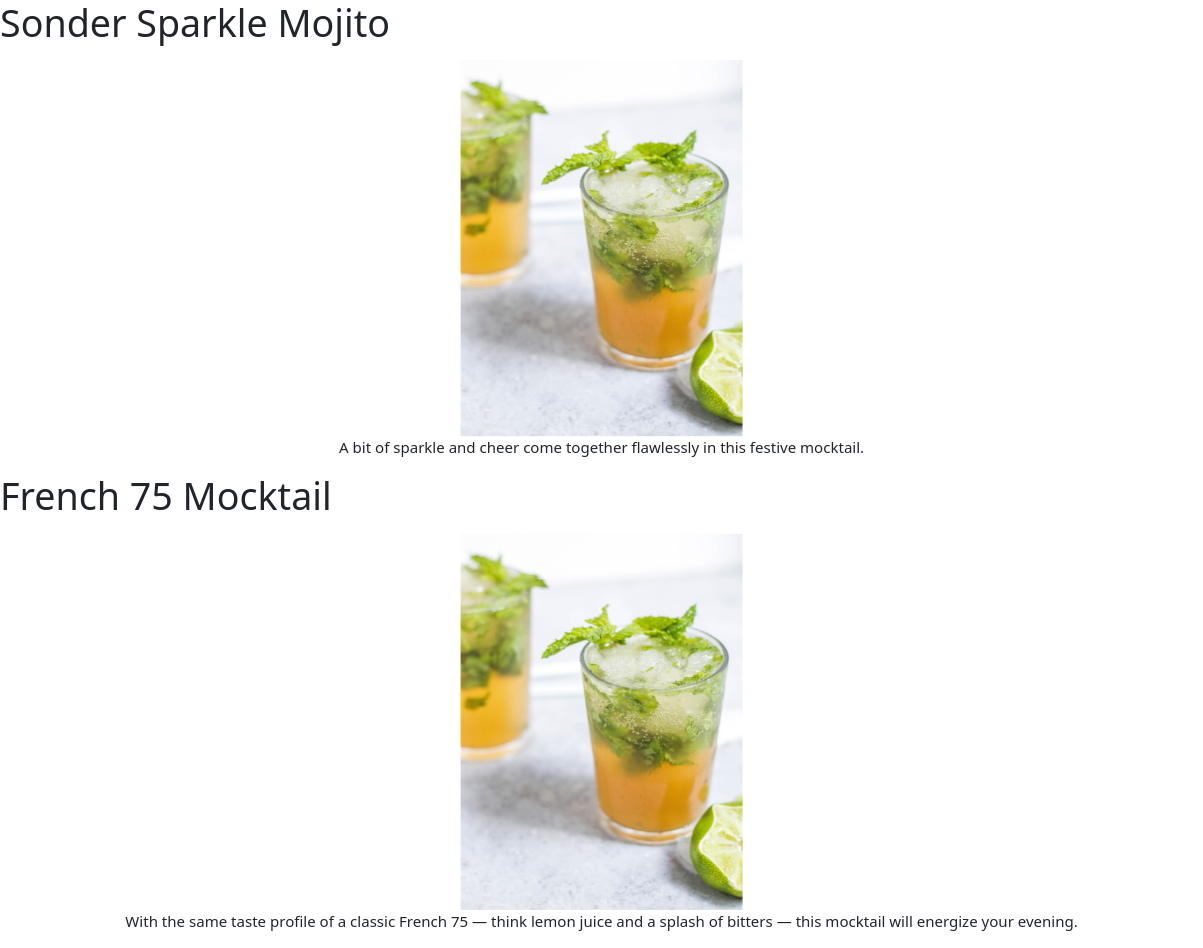
Repository: Flatbook/sliced_bread
Page: http://localhost/
The author's editor kept a copy of each file at every save. The page is drawn from the files as they stood at one save, then again after the next save.
The browser window is 1280 px wide. The pictures show the whole page, at 94% of full size.
Some web libraries are served in a nearby version. The page is served by the project's application, run on Flask 3 (app.py).

Above is the page before, as saved 2021-05-15 23:23:12.

After the next save:
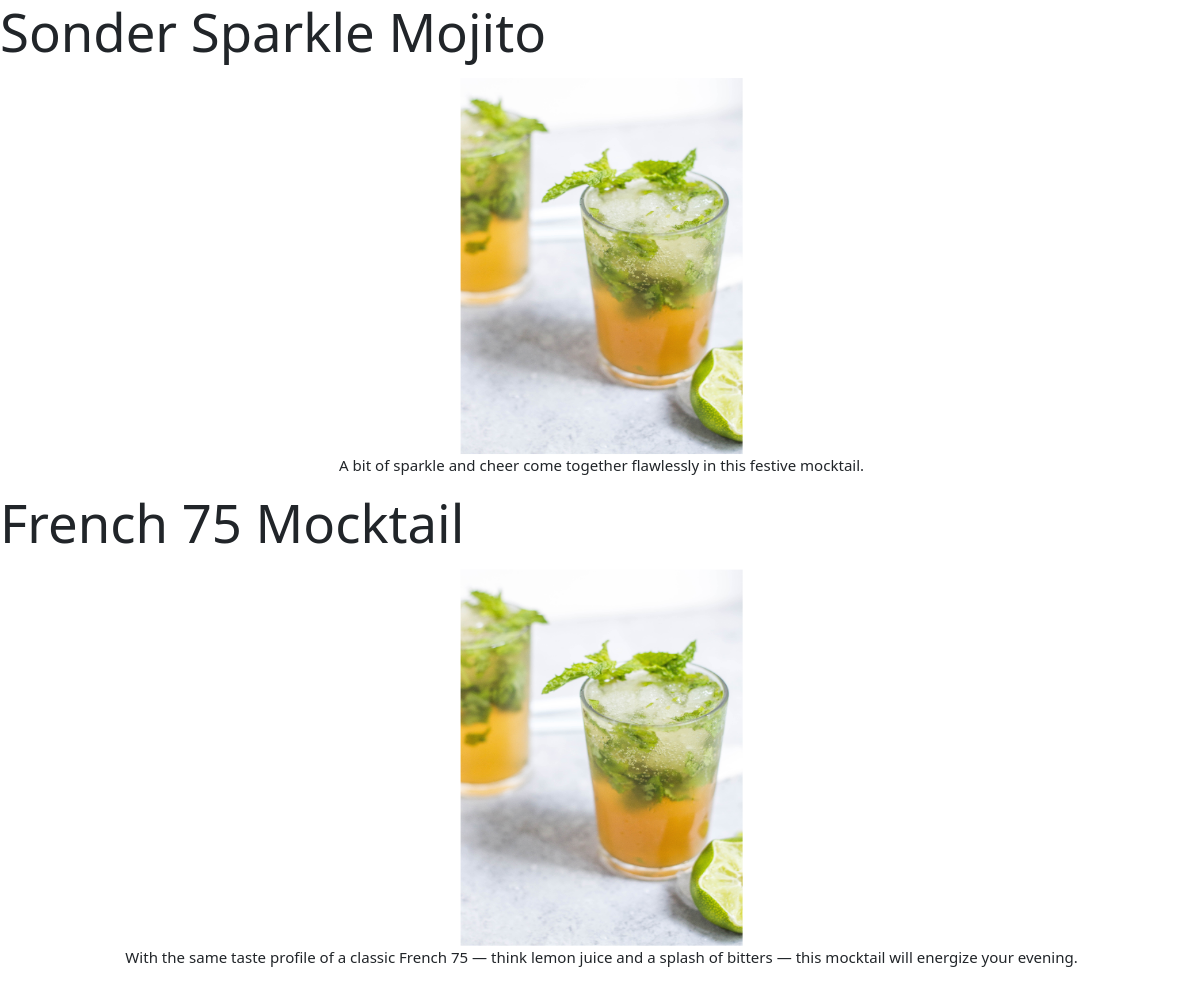
Saved 47 s later.
--- a/flask_project/templates/home.html
+++ b/flask_project/templates/home.html
@@ -1,7 +1,7 @@
 {% extends "layout.html" %}
 {% block content %}
     {% for drink in drinks %}
-        <p class="display-6">{{drink.title}}</p>
+        <p class="display-4">{{drink.title}}</p>
         <img src="{{ user_image }}" width="300" height="400" class="mx-auto d-block"/>
 
         <p style="text-align: center" >{{drink.description}}</p>
